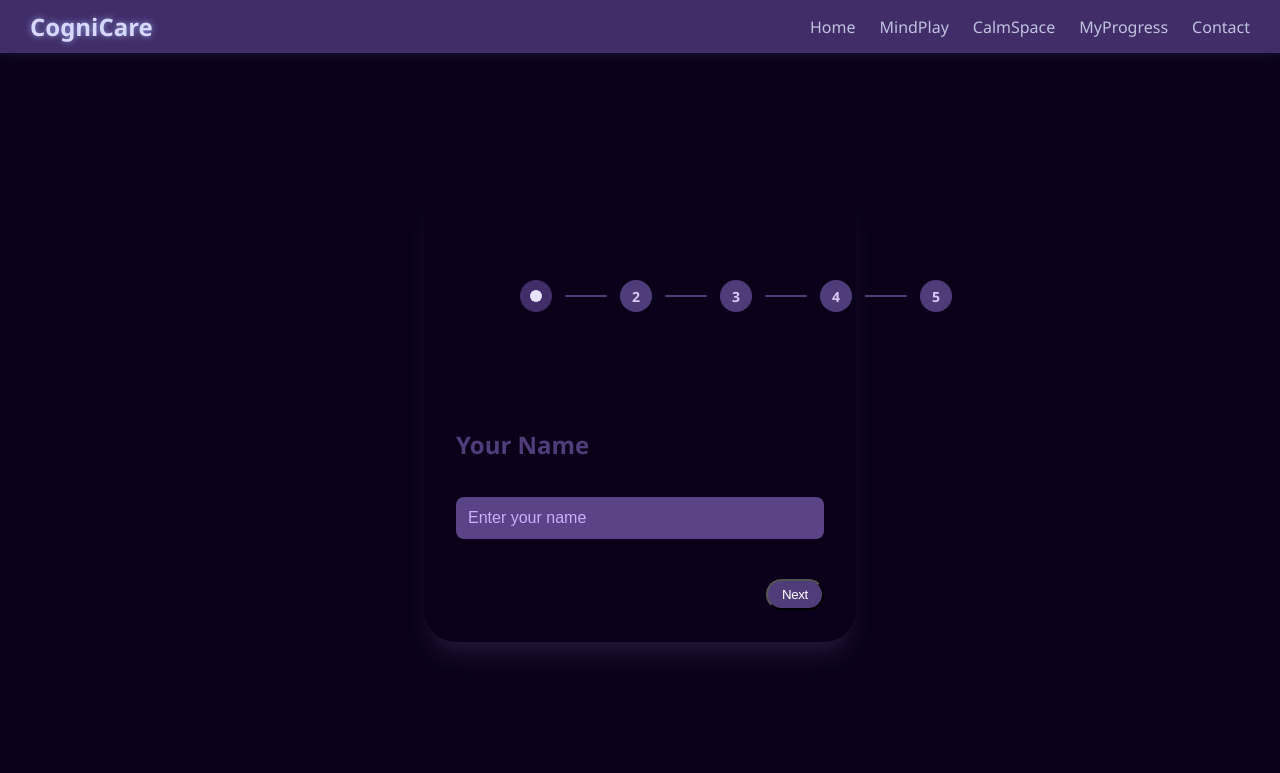
Repository: rujularaut/CogniCare
Page: /signup
The author's editor kept a copy of each file at every save. The page is drawn from the files as they stood at one save, then again after the next save.
The browser window is 1280 px wide. The pictures show the whole page.
The project was rebuilt for these pictures with package versions that can differ from the ones it lists, and the page was loaded fresh each time. Also part of the build but not shown: src/components/Welcome.css, src/components/Welcome.js, src/components/Particles.css, src/components/Particles.js, src/components/Meditation.css, src/components/Meditation.js, src/components/Signup.css, src/components/Signup.js and 2 more.

Above is the page before, as saved 2025-06-24 15:04:45.

### src/App.js
import React from 'react';
import { BrowserRouter as Router, Routes, Route } from 'react-router-dom';
import './App.css';
import Welcome from './components/Welcome';
import Meditation from './components/Meditation';
import Signup from './components/Signup'; // ✅ Confirm this file exists
import Login from './components/Login';
import SignupStepper from './components/SignupStepper';

function App() {
  return (
    <Router>
      <div className="App">
        <nav>
          <div className="logo">CogniCare</div>
          <ul>
            <li><a href="/">Home</a></li>
            <li><a href="#">MindPlay</a></li>
            <li><a href="#">CalmSpace</a></li>
            <li><a href="#">MyProgress</a></li>
            <li><a href="#">Contact</a></li>
          </ul>
        </nav>

        <Routes>
          <Route path="/" element={
            <>
              <header>
                <h1>Welcome to CogniCare</h1>
                <p>Your mental health companion</p>
              </header>
              <Welcome />
              <Meditation />
            </>
          } />
          <Route path="/signup" element={<SignupStepper />} />
          <Route path="/signup" element={<Signup />} />
          <Route path="/login" element={<Login />} />
        </Routes>
      </div>
    </Router>
  );
}

export default App;

### src/App.css
body {
  margin: 0;
  padding: 0;
  font-family: 'Segoe UI', sans-serif;
  background-color: #0a001a;
  color: #d6d8ff;
}

nav {
  background-color: #412e69;
  color: #d6d8ff;
  display: flex;
  justify-content: space-between;
  align-items: center;
  padding: 10px 30px;
  box-shadow: 0 0 15px #a9b0ff20;
}

.logo {
  font-size: 24px;
  font-weight: bold;
  color: #d6d8ff;
  text-shadow: 0 0 6px #8b92d7;
}

nav ul {
  list-style: none;
  display: flex;
  gap: 24px;
  margin: 0;
  padding: 0;
}

nav ul li a {
  text-decoration: none;
  color: #c0c2e0;
  font-weight: 500;
  transition: color 0.3s ease;
}

nav ul li a:hover {
  color: #f7c258;
  text-shadow: 0 0 6px #a9b0ff;
}

header {
  background-color: #513c7a;
  padding: 5px;
  text-align: center;
  border-bottom: 6px solid #25003e;
}

h1 {
  margin-bottom: 10px;
  font-size: 45px;
  color: #d6d8ff;
  text-shadow: 0 0 10px #6c72ac;
}

p {
  font-size: 17px;
  color: #d6d8ff;
}

### src/components/SignupStepper.js
import React, { useState } from 'react';
import Stepper, { Step } from './Stepper';
import './SignupStepper.css';

const SignupStepper = () => {
  const [formData, setFormData] = useState({
    name: '',
    age: '',
    email: '',
    password: '',
  });

  const handleChange = (e) => {
    setFormData((prev) => ({ ...prev, [e.target.name]: e.target.value }));
  };

  return (
    <div className="signup-container">
      <Stepper
        initialStep={1}
        onFinalStepCompleted={() => console.log('Form complete', formData)}
        nextButtonText="Next"
        backButtonText="Back"
      >
        <Step>
          <h2>Your Name</h2>
          <input
            name="name"
            type="text"
            placeholder="Enter your name"
            value={formData.name}
            onChange={handleChange}
            required
          />
        </Step>
        <Step>
          <h2>Your Age</h2>
          <input
            name="age"
            type="number"
            placeholder="Enter your age"
            value={formData.age}
            onChange={handleChange}
            required
          />
        </Step>
        <Step>
          <h2>Email ID</h2>
          <input
            name="email"
            type="email"
            placeholder="Enter your email"
            value={formData.email}
            onChange={handleChange}
            required
          />
        </Step>
        <Step>
          <h2>Create Password</h2>
          <input
            name="password"
            type="password"
            placeholder="Create password"
            value={formData.password}
            onChange={handleChange}
            required
          />
        </Step>
        <Step>
          <h2>All Set!</h2>
          <p>Welcome, {formData.name} 🎉</p>
          <p>Already have an account? <a href="/login">Login here</a></p>
        </Step>
      </Stepper>
    </div>
  );
};

export default SignupStepper;

### src/components/Stepper.jsx
import React, { useState, Children, useRef, useLayoutEffect } from "react";
import { motion, AnimatePresence } from "framer-motion";

import "./Stepper.css";

export default function Stepper({
  children,
  initialStep = 1,
  onStepChange = () => { },
  onFinalStepCompleted = () => { },
  stepCircleContainerClassName = "",
  stepContainerClassName = "",
  contentClassName = "",
  footerClassName = "",
  backButtonProps = {},
  nextButtonProps = {},
  backButtonText = "Back",
  nextButtonText = "Continue",
  disableStepIndicators = false,
  renderStepIndicator,
  ...rest
}) {
  const [currentStep, setCurrentStep] = useState(initialStep);
  const [direction, setDirection] = useState(0);
  const stepsArray = Children.toArray(children);
  const totalSteps = stepsArray.length;
  const isCompleted = currentStep > totalSteps;
  const isLastStep = currentStep === totalSteps;

  const updateStep = (newStep) => {
    setCurrentStep(newStep);
    if (newStep > totalSteps) {
      onFinalStepCompleted();
    } else {
      onStepChange(newStep);
    }
  };

  const handleBack = () => {
    if (currentStep > 1) {
      setDirection(-1);
      updateStep(currentStep - 1);
    }
  };

  const handleNext = () => {
    if (!isLastStep) {
      setDirection(1);
      updateStep(currentStep + 1);
    }
  };

  const handleComplete = () => {
    setDirection(1);
    updateStep(totalSteps + 1);
  };

  return (
    <div className="outer-container" {...rest}>
      <div className={`step-circle-container ${stepCircleContainerClassName}`}>
        <div className={`step-indicator-row ${stepContainerClassName}`}>
          {stepsArray.map((_, index) => {
            const stepNumber = index + 1;
            const isNotLastStep = index < totalSteps - 1;
            return (
              <React.Fragment key={stepNumber}>
                {renderStepIndicator ? (
                  renderStepIndicator({
                    step: stepNumber,
                    currentStep,
                    onStepClick: (clicked) => {
                      setDirection(clicked > currentStep ? 1 : -1);
                      updateStep(clicked);
                    },
                  })
                ) : (
                  <StepIndicator
                    step={stepNumber}
                    disableStepIndicators={disableStepIndicators}
                    currentStep={currentStep}
                    onClickStep={(clicked) => {
                      setDirection(clicked > currentStep ? 1 : -1);
                      updateStep(clicked);
                    }}
                  />
                )}
                {isNotLastStep && (
                  <StepConnector isComplete={currentStep > stepNumber} />
                )}
              </React.Fragment>
            );
          })}
        </div>

        <StepContentWrapper
          isCompleted={isCompleted}
          currentStep={currentStep}
          direction={direction}
          className={`step-content-default ${contentClassName}`}
        >
          {stepsArray[currentStep - 1]}
        </StepContentWrapper>

        {!isCompleted && (
          <div className={`footer-container ${footerClassName}`}>
            <div className={`footer-nav ${currentStep !== 1 ? "spread" : "end"}`}>
              {currentStep !== 1 && (
                <button
                  onClick={handleBack}
                  className={`back-button ${currentStep === 1 ? "inactive" : ""}`}
                  {...backButtonProps}
                >
                  {backButtonText}
                </button>
              )}
              <button
                onClick={isLastStep ? handleComplete : handleNext}
                className="next-button"
                {...nextButtonProps}
              >
                {isLastStep ? "Complete" : nextButtonText}
              </button>
            </div>
          </div>
        )}
      </div>
    </div>
  );
}

function StepContentWrapper({ isCompleted, currentStep, direction, children, className }) {
  const [parentHeight, setParentHeight] = useState(0);

  return (
    <motion.div
      className={className}
      style={{ position: "relative", overflow: "hidden" }}
      animate={{ height: isCompleted ? 0 : parentHeight }}
      transition={{ type: "spring", duration: 0.4 }}
    >
      <AnimatePresence initial={false} mode="sync" custom={direction}>
        {!isCompleted && (
          <SlideTransition key={currentStep} direction={direction} onHeightReady={(h) => setParentHeight(h)}>
            {children}
          </SlideTransition>
        )}
      </AnimatePresence>
    </motion.div>
  );
}

function SlideTransition({ children, direction, onHeightReady }) {
  const containerRef = useRef(null);

  useLayoutEffect(() => {
    if (containerRef.current) onHeightReady(containerRef.current.offsetHeight);
  }, [children, onHeightReady]);

  return (
    <motion.div
      ref={containerRef}
      custom={direction}
      variants={stepVariants}
      initial="enter"
      animate="center"
      exit="exit"
      transition={{ duration: 0.4 }}
      style={{ position: "absolute", left: 0, right: 0, top: 0 }}
    >
      {children}
    </motion.div>
  );
}

const stepVariants = {
  enter: (dir) => ({
    x: dir >= 0 ? "-100%" : "100%",
    opacity: 0,
  }),
  center: {
    x: "0%",
    opacity: 1,
  },
  exit: (dir) => ({
    x: dir >= 0 ? "50%" : "-50%",
    opacity: 0,
  }),
};

export function Step({ children }) {
  return <div className="step-default">{children}</div>;
}

function StepIndicator({ step, currentStep, onClickStep, disableStepIndicators }) {
  const status = currentStep === step ? "active" : currentStep < step ? "inactive" : "complete";

  const handleClick = () => {
    if (step !== currentStep && !disableStepIndicators) onClickStep(step);
  };

  return (
    <motion.div onClick={handleClick} className="step-indicator" animate={status} initial={false}>
      <motion.div
        variants={{
          inactive: { scale: 1, backgroundColor: "#513c7a", color: "#d7cbf9" },
          active: { scale: 1, backgroundColor: "#412e69", color: "#d7cbf9" },
          complete: { scale: 1, backgroundColor: "#412e69", color: "#d7cbf9" },
        }}
        transition={{ duration: 0.3 }}
        className="step-indicator-inner"
      >
        {status === "complete" ? (
          <CheckIcon className="check-icon" />
        ) : status === "active" ? (
          <div className="active-dot" />
        ) : (
          <span className="step-number">{step}</span>
        )}
      </motion.div>
    </motion.div>
  );
}

function StepConnector({ isComplete }) {
  const lineVariants = {
    incomplete: { width: 0, backgroundColor: "transparent" },
    complete: { width: "100%", backgroundColor: "#5227FF" },
  };

  return (
    <div className="step-connector">
      <motion.div
        className="step-connector-inner"
        variants={lineVariants}
        initial={false}
        animate={isComplete ? "complete" : "incomplete"}
        transition={{ duration: 0.4 }}
      />
    </div>
  );
}

function CheckIcon(props) {
  return (
    <svg {...props} fill="none" stroke="currentColor" strokeWidth={2} viewBox="0 0 24 24">
      <motion.path
        initial={{ pathLength: 0 }}
        animate={{ pathLength: 1 }}
        transition={{ delay: 0.1, type: "tween", ease: "easeOut", duration: 0.3 }}
        strokeLinecap="round"
        strokeLinejoin="round"
        d="M5 13l4 4L19 7"
      />
    </svg>
  );
}

### src/components/SignupStepper.css
.signup-container {
background: linear-gradient(to bottom right, #efdefa, ##aa93cd);
  color: #513c7a;
  min-height: 100vh;
  display: flex;
  justify-content: center;
  align-items: center;
}

input {
  width: 100%;
  padding: 12px;
  margin-top: 1em;
  border-radius: 8px;
  border: none;
  font-size: 16px;
  background-color: #5a4386;
  color: #d7cbf9;
}

input::placeholder {
  color: #cab0ff;
}

### src/components/Stepper.css
.outer-container {
  display: flex;
  min-height: 100%;
  flex: 1 1 0%;
  flex-direction: column;
  align-items: center;
  justify-content: center;
  padding: 1rem;
}

@media (min-width: 640px) {
  .outer-container {
    aspect-ratio: 4 / 3;
  }
}

@media (min-width: 768px) {
  .outer-container {
    aspect-ratio: 2 / 1;
  }
}

.step-circle-container {
  margin-left: auto;
  margin-right: auto;
  width: 100%;
  max-width: 27rem;
  border-radius: 2rem;
  box-shadow: 0 20px 25px -5px rgba(207, 178, 246, 0.1),
    0 10px 10px -5px rgba(193, 176, 247, 0.04);
}

.step-indicator-row {
  display: flex;
  width: 100%;
  align-items: center;
  padding: 6rem;
}

.step-content-default {
  position: relative;
  overflow: hidden;
}

.step-default {
  padding-left: 2rem;
  padding-right: 3.5rem;
}

.footer-container {
  padding-left: 2rem;
  padding-right: 2rem;
  padding-bottom: 2rem;
}

.footer-nav {
  margin-top: 2.5rem;
  display: flex;
}

.footer-nav.spread {
  justify-content: space-between;
}

.footer-nav.end {
  justify-content: flex-end;
}

.back-button {
  transition: all 350ms;
  border-radius: 9999px;
  padding: 0.25rem 0.5rem;
  color: #513c7a;
  cursor: pointer ;
}

.back-button:hover {
  color: #513c7a;
}

.back-button.inactive {
  pointer-events: none;
  opacity: 0.5;
  color: #513c7a;
}

.next-button {
  transition: all 350ms;
  display: flex;
  align-items: center;
  justify-content: center;
  border-radius: 9999px;
  background-color: #513c7a;
  color: #fff;
  font-weight: 500;
  letter-spacing: -0.025em;
  padding: 0.375rem 0.875rem;
  cursor: pointer;
}

.next-button:hover {
  background-color: #3c256a;
}

.next-button:active {
  background-color: #513c7a;
}

.step-indicator {
  position: relative;
  cursor: pointer;
  outline: none;
}

.step-indicator-inner {
  display: flex;
  height: 2rem;
  width: 2rem;
  align-items: center;
  justify-content: center;
  border-radius: 9999px;
  font-weight: 600;
}

.active-dot {
  height: 0.75rem;
  width: 0.75rem;
  border-radius: 9999px;
  background-color: #e8e2f9;
}

.step-number {
  font-size: 0.875rem;
}

.step-connector {
  position: relative;
  margin-left: 0.8rem;
  margin-right: 0.8rem;
  height: 0.125rem;
  flex: 1;
  overflow: hidden;
  border-radius: 0.25rem;
  background-color: #513c7a;
}

.step-connector-inner {
  position: absolute;
  left: 0;
  top: 0;
  height: 100%;
}

.check-icon {
  height: 1.5rem;
  width: 1.5rem;
  color: #e8e2f9;
}

Loaded but not shown: public/index.html (common file); src/index.js (common file); src/index.css (common file)

After the next save:
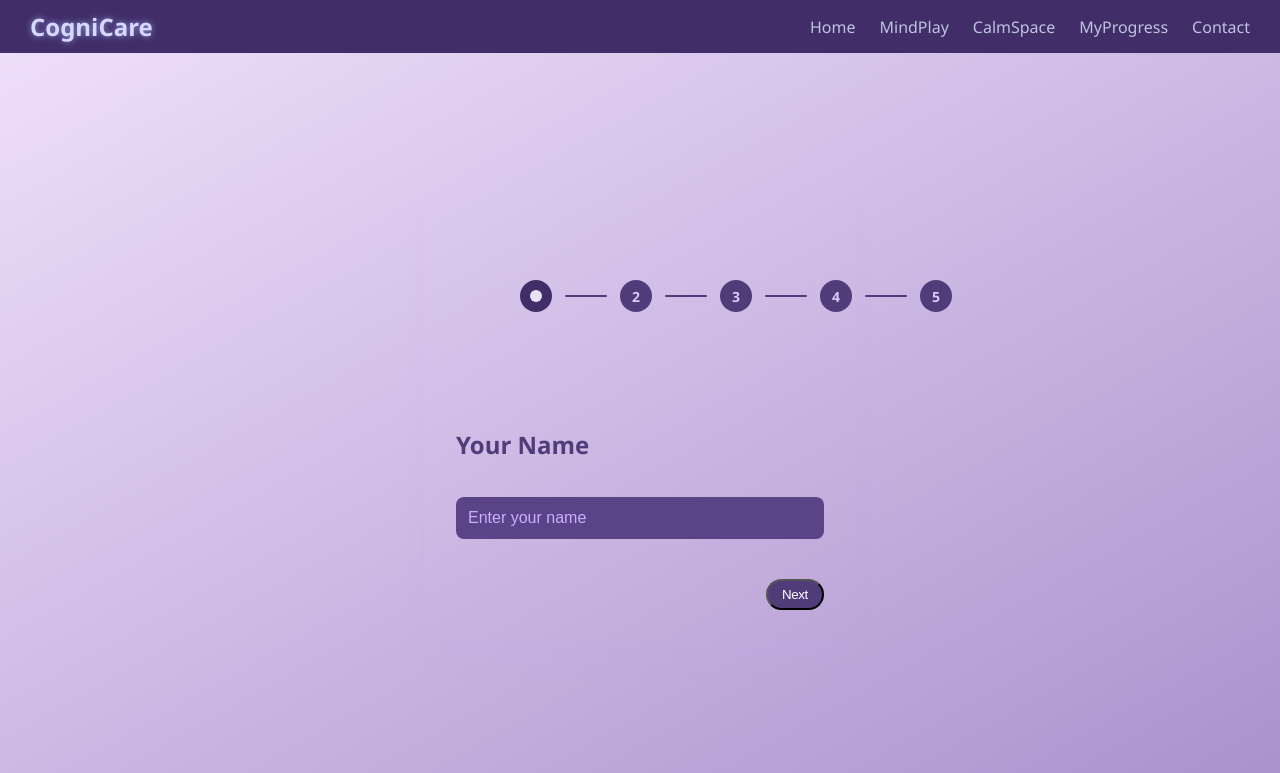
Saved 6 s later.
--- a/src/components/SignupStepper.css
+++ b/src/components/SignupStepper.css
@@ -1,5 +1,5 @@
 .signup-container {
-background: linear-gradient(to bottom right, #efdefa, ##aa93cd);
+background: linear-gradient(to bottom right, #efdefa, #aa93cd);
   color: #513c7a;
   min-height: 100vh;
   display: flex;

After the save that followed:
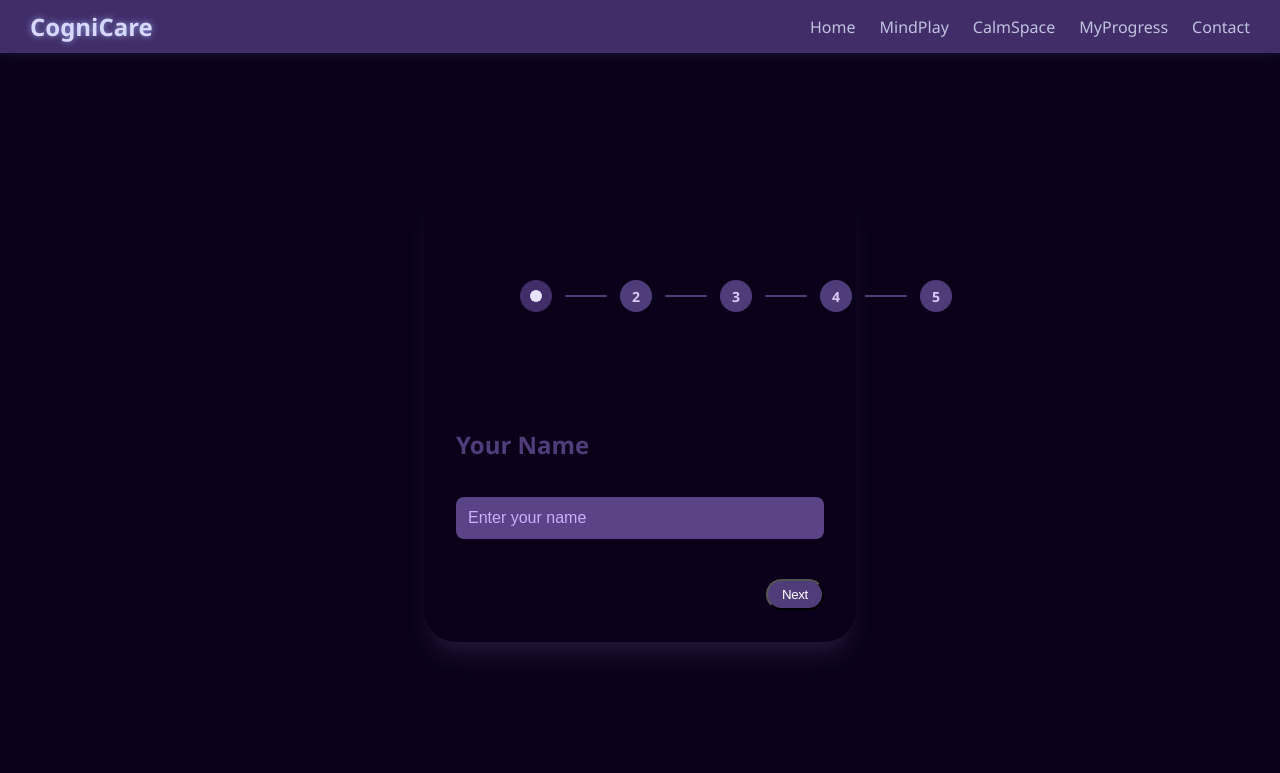
Saved 7 s later.
--- a/src/components/SignupStepper.css
+++ b/src/components/SignupStepper.css
@@ -1,5 +1,5 @@
 .signup-container {
-background: linear-gradient(to bottom right, #efdefa, #aa93cd);
+background: linear-gradient(to bottom right,  #aa93cd);
   color: #513c7a;
   min-height: 100vh;
   display: flex;
